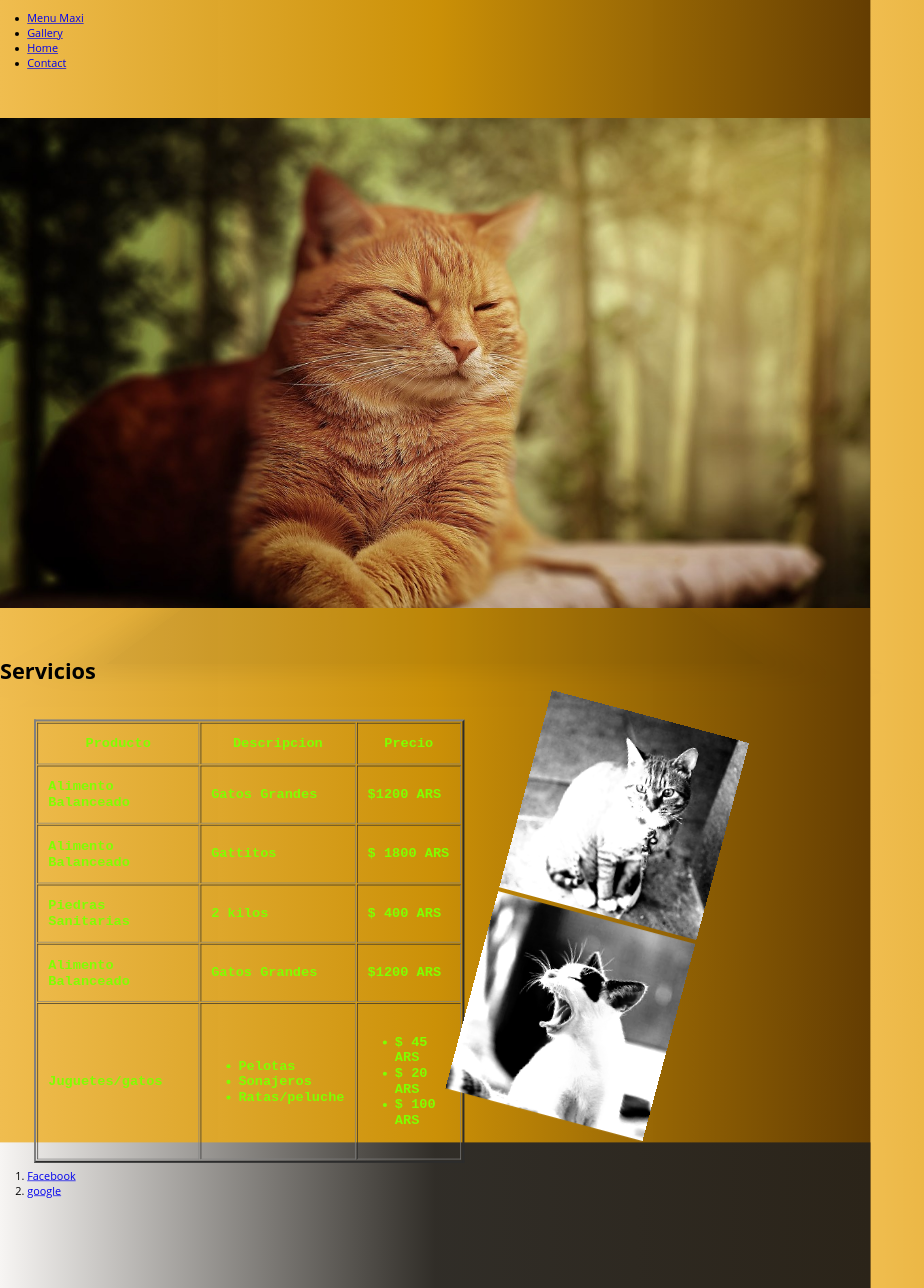
Repository: raul4264/final
Page: Services.html
The author's editor kept a copy of each file at every save. The page is drawn from the files as they stood at one save, then again after the next save.
The browser window is 1280 px wide. The page is 1359 px wide, so the pictures cover 1359 px, including what lies to the right of the window. The pictures show the whole page, at 68% of full size.
The pointer rests on the first visible `.table`.

Above is the page before, as saved 2021-03-26 11:15:28.

### Services.html
<!DOCTYPE html>
<html lang="en">

<head>
    <meta charset="UTF-8">
    <meta http-equiv="X-UA-Compatible" content="IE=edge">
    <meta name="viewport" content="width=device-width, initial-scale=1.0">
    <title>Services</title>
    <link href="css/services.css" rel="stylesheet" type="text/css">
</head>

<body>
    <header>


        <nav>
            <nav>
                <ul class="uno">
                    <li class="item"><a href="menu_maxi.html">Menu Maxi</a></li>
                    <li class="item"><a href="Gallery.html">Gallery</a></li>
                    <li class="item"><a href="index.html">Home</a></li>
                    <li class="item"><a href="Contact.html">Contact</a></li>
                </ul>

            </nav>

        </nav>

    </header>
    <main>
        <div class="thumb">
            <a href="https://www.google.com/" target="_blank">
                  <span>Tambien visite...</span>
            </a>
      </div>

        <h1>Servicios</h1>
        <section  class="table">

            <table border="3px" cellpadding="15px">
                <tr>
                    <th>Producto</th>
                    <th>Descripcion</th>
                    <th>Precio</th>
                </tr>
                <tr>
                    <td>Alimento Balanceado</td>
                    <td>Gatos Grandes</td>
                    <td> $1200 ARS</td>
                </tr>
                <tr>
                    <td>Alimento Balanceado</td>
                    <td>Gattitos</td>
                    <td>$ 1800 ARS</td>
                </tr>
                <tr>
                    <td>Piedras Sanitarias</td>
                    <td>2 kilos</td>
                    <td>$ 400 ARS</td>
                </tr>
                <tr>
                    <td>Alimento Balanceado</td>
                    <td>Gatos Grandes</td>
                    <td>$1200 ARS</td>
                </tr>
                <tr>
                    <td>Juguetes/gatos</td>
                    <td>
                        <ul>
                            <li>Pelotas</li>
                            <li>Sonajeros</li>
                            <li>Ratas/peluche</li>
                        </ul>
                    </td>
                    <td>
                        <ul>
                            <li>$ 45 ARS</li>
                            <li>$ 20 ARS</li>
                            <li>$ 100 ARS</li>
                        </ul>
                    </td>
                </tr>
            </table>
            <br>
            <figure>
                <img src="images/3.jpg">
                <img src="images/2.jpg">

              </figure>
        </section>




    </main>


        <footer>
            <br>

            <ol>
                <li><a href="http://www.facebook.com" target="blanck">Facebook</a>

                </li>
                <li><a href="http://www.google.com" target="blanck">google</a>

                </li>
            </ol>
            <br>
        </footer>
</body>

</html>

### css/services.css


body{
	margin: 0;
    padding: 0;
    transition:all 3s ease-in-out;
}

img{
    width: 300px;
    filter: contrast(1.8) brightness(1.5) grayscale(1)
}

@import url(https://fonts.googleapis.com/css?family=Open+Sans);


body {

    /* background: linear-gradient(rgb(248, 217, 158), rgb(70, 46, 1)); */
    background: rgb(240,189,79);
background: linear-gradient(90deg, rgba(240,189,79,1) 0%, rgba(203,144,6,0.9948354341736695) 50%, rgb(100, 61, 2) 100%);
    font-family: 'Open Sans', sans-serif;
    height: 100vh;
    margin:0;
}

.thumb {
    width: 100vw;
    height: 100vh;
    margin: 70px auto;
    perspective: 1000px;
    transition:all 3s ease-in-out;
}

.thumb a {
    display: block;
    width: 100%;
    height: 100%;
    background: linear-gradient(rgba(0, 0, 0, 0.4), rgba(0, 0, 0, 0.4)),
		url("../images/1.jpg");
    background-size: 0, cover;
    transform-style: preserve-3d;
    transition: all 0.5s;
}

.thumb:hover a {
    transform: rotateX(80deg);
    transform-origin: bottom;
}
.thumb a:after {
    content: '';
    position: absolute;
    left: 0;
    bottom: 0;
    width: 100%;
    height: 36px;
    background: inherit;
    background-size: cover, cover;
    background-position: bottom;
    transform: rotateX(90deg);
    transform-origin: bottom;
}
.thumb a span {
    color: white;
    text-transform: uppercase;
    position: absolute;
    top: 100%;
    left: 0;
    width: 100%;
    font: bold 12px/36px "Open Sans";
    text-align: center;
    transform: rotateX(-89.99deg);
    transform-origin: top;
    z-index: 1;
}
.thumb a:before {
    content: '';
    position: absolute;
    top: 0;
    left: 0;
    width: 100%;
    height: 100%;
    background: rgba(0, 0, 0, 0.5);
    box-shadow: 0 0 100px 50px rgba(0, 0, 0, 0.5);
    transition: all 0.5s;
    opacity: 0.15;
    transform: rotateX(95deg) translateZ(-80px) scale(0.75);
    transform-origin: bottom;
}

.thumb:hover a:before {
    opacity: 1;
    box-shadow: 0 0 25px 25px rgba(0, 0, 0, 0.5);
    transform: rotateX(0) translateZ(-60px) scale(0.85);
}
.table{
    display: flex;
    transform:translate(50px, 30px) ;
}
.table:hover{
   font-weight: bolder;
   color: chartreuse;
   font-size: x-large;
   font-family: monospace;
}
figure{

    transform: rotate(15deg );
   /*  transform: translateX(129px); */
}
footer{
    height: 30vh;
    background: rgb(34, 34, 33);
    background: linear-gradient(90deg, rgb(247, 245, 243) 0%, rgba(48, 45, 40, 0.995) 50%, rgb(43, 36, 25) 100%);
}

After the next save:
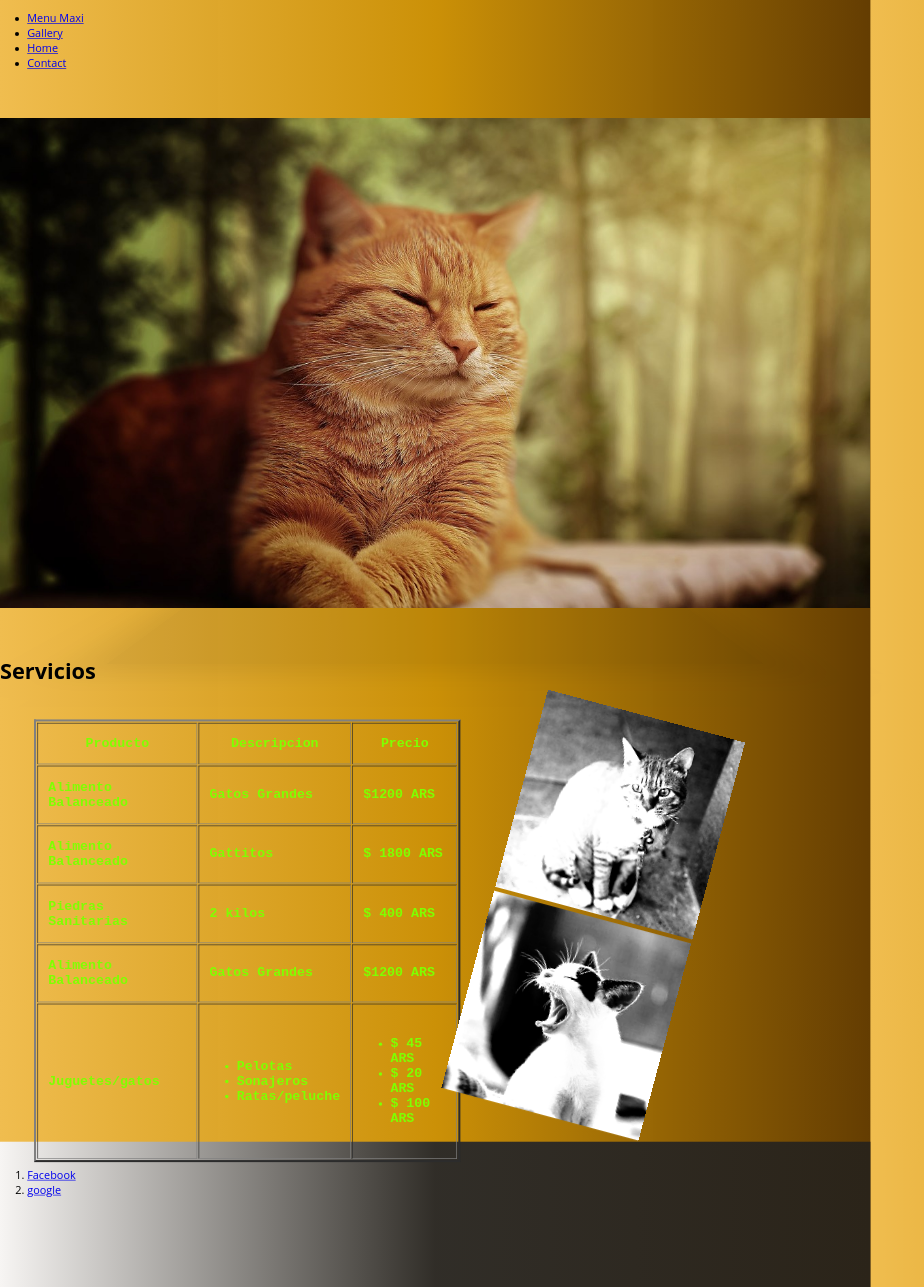
Saved 29 s later.
--- a/css/services.css
+++ b/css/services.css
@@ -100,7 +100,7 @@ background: linear-gradient(90deg, rgba(240,189,79,1) 0%, rgba(203,144,6,0.99483
 .table:hover{
    font-weight: bolder;
    color: chartreuse;
-   font-size: x-large;
+   font-size: 1.5em;
    font-family: monospace;
 }
 figure{
